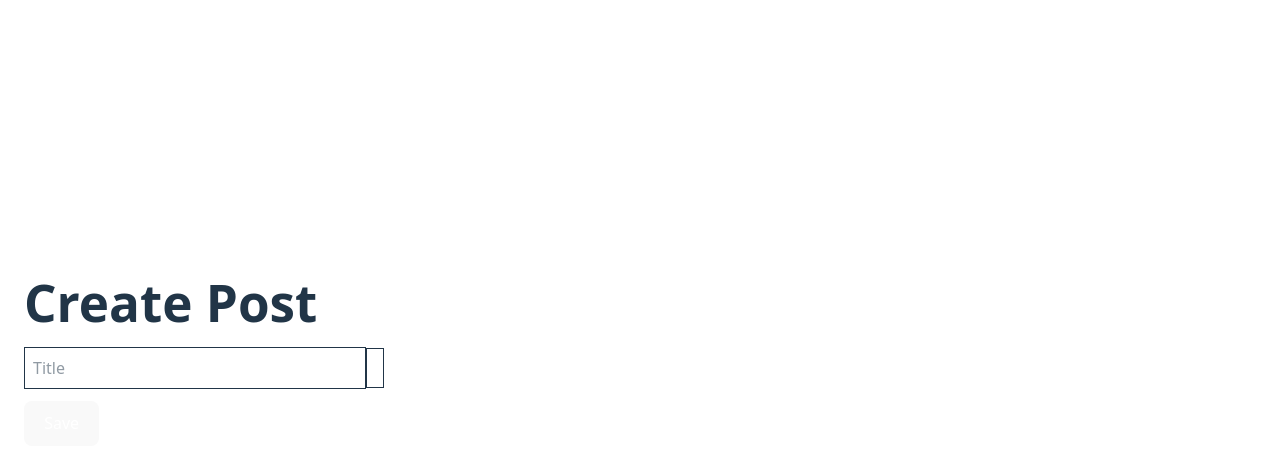
Repository: Reno-mathews/Mini-Blog-MERN
Page: /create
An editor plug-in stored every save of this project. The page is shown before and after the next save, followed by the edit.
The browser window is 1280 px wide. The pictures show the whole page.
The project was rebuilt for these pictures with package versions that can differ from the ones it lists, and the page was loaded fresh each time. Also part of the build but not shown: vite.config.js, src/components/PostCard.jsx, src/pages/Home.jsx, src/pages/PostDetail.jsx.

Above is the page before, as saved 2026-01-08 12:46:03.

### index.html
<!doctype html>
<html lang="en">
  <head>
    <meta charset="UTF-8" />
    <link rel="icon" type="image/svg+xml" href="/vite.svg" />
    <meta name="viewport" content="width=device-width, initial-scale=1.0" />
    <title>mini-blog</title>
  </head>
  <body>
    <div id="root"></div>
    <script type="module" src="/src/main.jsx"></script>
  </body>
</html>

### src/main.jsx
import React from "react";
import ReactDOM from "react-dom/client";
import { BrowserRouter } from "react-router-dom";
import App from "./App";
import "./index.css";

const root = ReactDOM.createRoot(document.getElementById("root"));

root.render(
  <BrowserRouter>
    <App />
  </BrowserRouter>
);

### src/App.jsx
import { Routes, Route} from "react-router-dom";
import { useState } from "react"
import Home from "./pages/Home";
import CreatePost from "./pages/CreatePost";
import PostDetail from "./pages/PostDetail";

function App() {
  const [posts, setPosts] = useState([
    { id: 1, title: "First Post", content: "Hello World"},
    { id: 2, title: "Second Post", content: "Mini blog works!"},
  ]);
  return (
      <Routes>
        <Route path="/" element={<Home posts={posts} />} />
        <Route
          path="/create"
          element={<CreatePost posts={posts} setPosts={setPosts} />}
        />
        <Route path ="/post/:id" element={<PostDetail posts={posts} />} />
      </Routes>
  );
}

export default App;

### src/pages/CreatePost.jsx
import { useState } from "react";
import { useNavigate } from "react-router-dom";

export default function CreatePost({ posts, setPosts }) {
    const [title, setTitle] = useState("");
    const [content, setContent] = useState("")
    const navigate = useNavigate();


function handleSubmit(e) {
    e.preventdefault();

    if (!title || !content) return;

    const newPost = {
        id:Date.now(),
        title,
        content,
    };

    setPosts([...posts, newPost]);
    navigate("/");
}

return (
    <div className="max-w-xl mx-auto p-6">
        <h1 className="text-2xl font-bold mb-4">Create Post</h1>

        <form onSubmit={handleSubmit}>
            <input
                className="w-full border p-2 mb-3"
                placeholder="Title"
                value={title}
                onChange={(e) => setTitle(e.target.value)}
            />

            <texarea
                className="w-full border p-2 mb-3"
                placeholder="Content"
                value={content}
                onChange={(e) => setContent(e.target.value)}
            />

            <button className="bg-blue-600 text-white px-4 py-2 rounded">
                Save
            </button>
        </form>
    </div>
);
}

Loaded but not shown: src/index.css (common file)

After the next save:
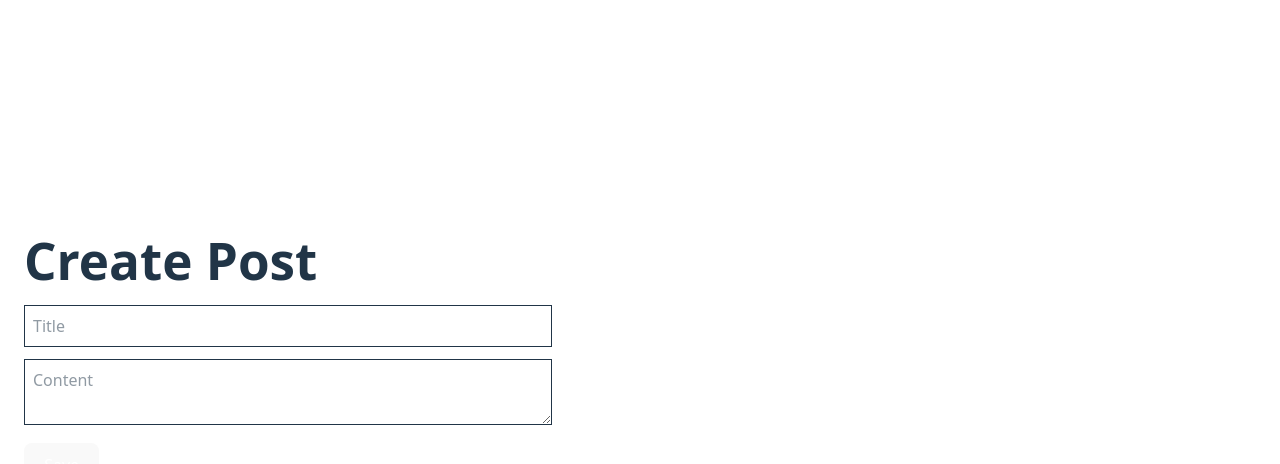
Saved 34 min 49 s later.
--- a/src/pages/CreatePost.jsx
+++ b/src/pages/CreatePost.jsx
@@ -8,7 +8,7 @@ export default function CreatePost({ posts, setPosts }) {
 
 
 function handleSubmit(e) {
-    e.preventdefault();
+    e.preventDefault();
 
     if (!title || !content) return;
 
@@ -34,7 +34,7 @@ return (
                 onChange={(e) => setTitle(e.target.value)}
             />
 
-            <texarea
+            <textarea
                 className="w-full border p-2 mb-3"
                 placeholder="Content"
                 value={content}
